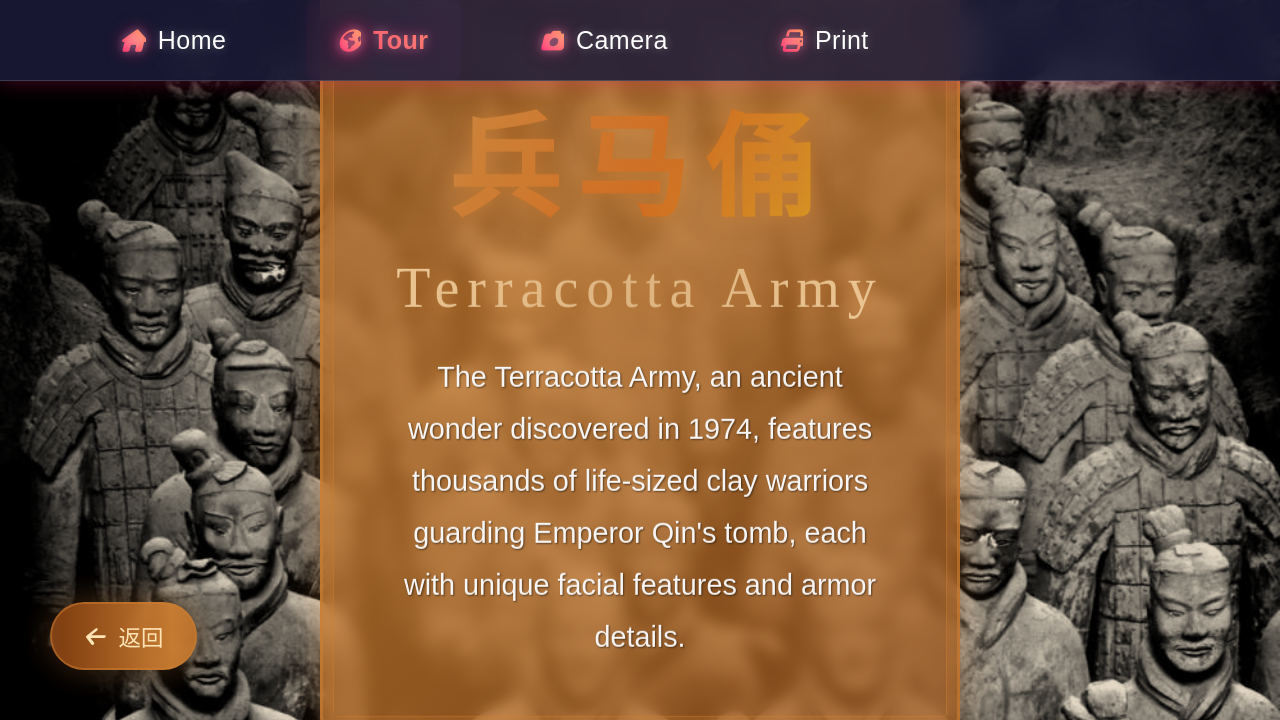
Repository: huang-heavenly-Emperor/NewYork
Page: terracotta-army.html
An editor plug-in stored every save of this project. The page is shown before and after the next save, followed by the edit.
The browser window is 1280 px wide. The pictures show the whole page.

Above is the page before, as saved 2025-02-18 15:41:21.

### terracotta-army.html
<!DOCTYPE html>
<html lang="en">

<head>
  <meta charset="UTF-8">
  <meta name="viewport" content="width=device-width, initial-scale=1.0">
  <title>Terracotta Army - China</title>
  <link rel="stylesheet" href="css/style.css">
  <link rel="stylesheet" href="css/terracotta-army.css">
  <link rel="stylesheet" href="css/animations.css">
  <link rel="stylesheet" href="lib/font-awesome.css">
</head>

<body>
  <!-- 开场动画 -->
  <div class="page-entrance">
    <div class="entrance-content">
      <h1 class="entrance-title">
        <span class="chinese">兵马俑</span>
        <span class="english">Terracotta Army</span>
      </h1>
      <div class="entrance-line"></div>
      <p class="entrance-subtitle">The Eighth Wonder of the World</p>
    </div>
  </div>

  <!-- 页面主要内容 -->
  <div class="content-delay">
    <nav class="main-nav">
      <ul class="nav-links">
        <li><a href="index.html"><i class="fas fa-home"></i>Home</a></li>
        <li class="dropdown">
          <a href="tour.html" class="active"><i class="fas fa-globe-americas"></i>Tour</a>
          <ul class="dropdown-menu">
            <li class="nested-dropdown">
              <a href="China.html" class="active">Asia</a>
              <ul class="nested-dropdown-menu">
                <li class="nested-dropdown">
                  <a href="china.html" class="active">China</a>
                  <ul class="nested-dropdown-menu">
                    <li><a href="great-wall.html"><span>Great Wall</span></a></li>
                    <li><a href="forbidden-city.html"><span>Forbidden City</span></a></li>
                    <li><a href="yellow-mountain.html"><span>Yellow Mountain</span></a></li>
                    <li><a href="terracotta-army.html" class="active"><span>Terracotta Army</span></a></li>
                  </ul>
                </li>
              </ul>
            </li>
          </ul>
        </li>
        <li><a href="camera.html"><i class="fas fa-camera"></i>Camera</a></li>
        <li><a href="print.html"><i class="fas fa-print"></i>Print</a></li>
      </ul>
    </nav>

    <div class="banner">
      <img src="images/terracotta-army.jpg" alt="Terracotta Army">
      <div class="banner-text">
        <h1>
          <span class="chinese">兵马俑</span>
          <span class="english">Terracotta Army</span>
        </h1>
        <p>
          The Terracotta Army, an ancient wonder discovered in 1974, features thousands of life-sized clay warriors guarding Emperor Qin's tomb, each with unique facial features and armor details.
        </p>
      </div>
    </div>

    <a href="china.html" class="back-button">
      <i class="fas fa-arrow-left"></i>
      <span>返回</span>
    </a>
  </div>
</body>
</html>

### css/terracotta-army.css
/* 基础样式 */
.banner {
    position: relative;
    width: 100%;
    height: 100vh;
    overflow: hidden;
}

.banner img {
    width: 100%;
    height: 100%;
    object-fit: cover;
    filter: brightness(0.8) sepia(0.3) saturate(1.2);
}

/* 主要内容区域 */
.banner-text {
    position: absolute;
    top: 50%;
    left: 50%;
    transform: translate(-50%, -50%);
    text-align: center;
    color: #fff;
    background: linear-gradient(
        135deg,
        rgba(92, 64, 51, 0.75) 0%,     /* 深褐色 */
        rgba(139, 69, 19, 0.75) 25%,    /* 马鞍棕色 */
        rgba(205, 127, 50, 0.75) 50%,   /* 古铜色 */
        rgba(139, 69, 19, 0.75) 75%,
        rgba(92, 64, 51, 0.75) 100%
    );
    background-size: 400% 400%;
    animation: gradientMove 8s ease infinite;
    padding: 4rem;
    border-radius: 12px;
    max-width: 1000px;
    border: 3px solid rgba(205, 127, 50, 0.6);
    box-shadow: 0 0 40px rgba(205, 127, 50, 0.2),
                0 0 80px rgba(92, 64, 51, 0.2);
    backdrop-filter: blur(8px);
}

.banner-text::before {
    content: '';
    position: absolute;
    top: 10px;
    left: 10px;
    right: 10px;
    bottom: 10px;
    border: 1px solid rgba(205, 127, 50, 0.5);
    border-radius: 4px;
    pointer-events: none;
    animation: borderGlow 3s ease-in-out infinite;
}

/* 标题样式 */
.banner-text h1 {
    margin-bottom: 1.5rem;
    position: relative;
}

.banner-text h1 .chinese {
    display: block;
    font-size: 7rem;
    margin-bottom: 1rem;
    font-family: "STKaiti", "楷体", serif;
    background: linear-gradient(
        120deg,
        #CD7F32 0%,        /* 古铜色 */
        #DAA520 20%,       /* 金黄色 */
        #CD853F 40%,       /* 秘鲁色 */
        #D2691E 60%,       /* 巧克力色 */
        #DAA520 80%,
        #CD7F32 100%
    );
    background-size: 200% auto;
    -webkit-background-clip: text;
    background-clip: text;
    -webkit-text-fill-color: transparent;
    animation: shine 6s linear infinite;
    text-shadow: 0 0 20px rgba(205, 127, 50, 0.6);
    letter-spacing: 16px;
    position: relative;
}

.banner-text h1 .chinese::after {
    content: attr(data-text);
    position: absolute;
    left: 0;
    top: 0;
    z-index: -1;
    background: linear-gradient(
        120deg,
        #CD7F32 0%,
        #DAA520 20%,
        #CD853F 40%,
        #D2691E 60%,
        #DAA520 80%,
        #CD7F32 100%
    );
    -webkit-background-clip: text;
    background-clip: text;
    -webkit-text-fill-color: transparent;
    filter: blur(10px);
    opacity: 0.6;
}

.banner-text h1 .english {
    display: block;
    font-size: 3.5rem;
    font-family: "Playfair Display", serif;
    background: linear-gradient(
        120deg,
        #DEB887 0%,      /* 实木色 */
        #FFE4B5 50%,     /* 鹿皮色 */
        #DEB887 100%
    );
    background-size: 200% auto;
    -webkit-background-clip: text;
    background-clip: text;
    -webkit-text-fill-color: transparent;
    animation: shine 8s linear infinite;
    letter-spacing: 8px;
    font-weight: 300;
    text-shadow: 0 0 15px rgba(205, 127, 50, 0.4);
    margin-bottom: 2rem;
}

.banner-text p {
    font-size: 1.8rem;
    line-height: 1.8;
    text-shadow: 1px 1px 2px rgba(0, 0, 0, 0.5);
    color: rgba(255, 255, 255, 0.95);
    max-width: 900px;
    margin: 0 auto;
}

/* 返回按钮 */
.back-button {
    position: fixed;
    bottom: 50px;
    left: 50px;
    display: flex;
    align-items: center;
    gap: 15px;
    color: #FFE4B5;
    text-decoration: none;
    background: linear-gradient(
        270deg,
        rgba(92, 64, 51, 0.95) 0%,
        rgba(139, 69, 19, 0.95) 25%,
        rgba(205, 127, 50, 0.95) 50%,
        rgba(139, 69, 19, 0.95) 75%,
        rgba(92, 64, 51, 0.95) 100%
    );
    background-size: 300% 100%;
    padding: 16px 32px;
    border-radius: 40px;
    font-size: 1.4rem;
    transition: all 0.3s ease;
    border: 2px solid rgba(205, 127, 50, 0.5);
    box-shadow: 0 4px 15px rgba(0, 0, 0, 0.3),
                0 0 30px rgba(205, 127, 50, 0.3),
                0 0 50px rgba(92, 64, 51, 0.2);
    backdrop-filter: blur(5px);
    z-index: 1000;
    animation: buttonGradient 6s linear infinite;
}

.back-button i {
    font-size: 1.4rem;
    transition: transform 0.3s ease;
}

.back-button:hover {
    background-size: 300% 100%;
    animation: buttonGradient 3s linear infinite;
    transform: translateX(-5px) scale(1.05);
    box-shadow: 0 6px 25px rgba(0, 0, 0, 0.4),
                0 0 40px rgba(205, 127, 50, 0.4),
                0 0 60px rgba(92, 64, 51, 0.3);
}

.back-button:hover i {
    transform: translateX(-3px);
}

/* 动画关键帧 */
@keyframes gradientMove {
    0% {
        background-position: 0% 50%;
    }
    50% {
        background-position: 100% 50%;
    }
    100% {
        background-position: 0% 50%;
    }
}

@keyframes shine {
    0% {
        background-position: 200% center;
    }
    100% {
        background-position: -200% center;
    }
}

@keyframes buttonGradient {
    0% {
        background-position: 0% 50%;
    }
    50% {
        background-position: 100% 50%;
    }
    100% {
        background-position: 0% 50%;
    }
}

@keyframes borderGlow {
    0%, 100% {
        box-shadow: 0 0 15px rgba(205, 127, 50, 0.3);
    }
    50% {
        box-shadow: 0 0 30px rgba(205, 127, 50, 0.5);
    }
}

/* 响应式设计 */
@media (max-width: 768px) {
    .banner-text {
        width: 90%;
        padding: 3rem;
    }

    .banner-text h1 .chinese {
        font-size: 5rem;
        letter-spacing: 12px;
    }

    .banner-text h1 .english {
        font-size: 2.8rem;
        letter-spacing: 6px;
    }

    .banner-text p {
        font-size: 1.4rem;
    }

    .back-button {
        bottom: 30px;
        left: 30px;
        padding: 14px 28px;
        font-size: 1.2rem;
    }
}

### css/animations.css
/* Opening animation */
@keyframes fadeInScale {
  0% {
    opacity: 0;
    transform: scale(0.9);
  }
  50% {
    opacity: 0.5;
    transform: scale(1.02);
  }
  100% {
    opacity: 1;
    transform: scale(1);
  }
}

@keyframes slideInFromBottom {
  0% {
    opacity: 0;
    transform: translate(-50%, 50px);
  }
  60% {
    opacity: 0.8;
    transform: translate(-50%, -5px);
  }
  80% {
    transform: translate(-50%, 2px);
  }
  100% {
    opacity: 1;
    transform: translate(-50%, 0);
  }
}

@keyframes slideInFromTop {
  0% {
    opacity: 0;
    transform: translateY(-30px);
  }
  100% {
    opacity: 1;
    transform: translateY(0);
  }
}

@keyframes fadeInRotate {
  0% {
    opacity: 0;
    transform: rotate(-10deg) scale(0.95);
  }
  100% {
    opacity: 1;
    transform: rotate(0) scale(1);
  }
}

/* Navigation bar animation */
.main-nav {
  animation: slideInFromTop 0.8s cubic-bezier(0.34, 1.56, 0.64, 1);
}

.nav-links li {
  opacity: 0;
  animation: fadeInRotate 0.6s cubic-bezier(0.34, 1.56, 0.64, 1) forwards;
}

.nav-links li:nth-child(1) { animation-delay: 0.2s; }
.nav-links li:nth-child(2) { animation-delay: 0.3s; }
.nav-links li:nth-child(3) { animation-delay: 0.4s; }
.nav-links li:nth-child(4) { animation-delay: 0.5s; }

/* Navigation link hover effect */
.nav-links a {
  transition: all 0.3s cubic-bezier(0.34, 1.56, 0.64, 1);
}

.nav-links a:hover {
  transform: translateY(-2px) scale(1.05);
  text-shadow: 0 2px 4px rgba(0, 0, 0, 0.2);
}

/* Rocket animation */
.rocketManSVG {
  opacity: 0;
  animation: fadeInScale 1s cubic-bezier(0.23, 1, 0.32, 1) 1s forwards;
}

/* Star animation */
.star {
  opacity: 0;
  animation: fadeInRotate 0.8s cubic-bezier(0.34, 1.56, 0.64, 1) forwards;
}

.starContainer .star:nth-child(odd) {
  animation-delay: 0.5s;
}

.starContainer .star:nth-child(even) {
  animation-delay: 0.7s;
}

/* Satellite animation */
.satellite {
  opacity: 0;
  animation: fadeInScale 1s cubic-bezier(0.23, 1, 0.32, 1) 1.2s forwards;
}

/* Title animation */
.demo--dancing-shadows__title {
  animation: fadeInScale 1.8s cubic-bezier(0.23, 1, 0.32, 1);
}

.text-wrapper {
  animation: fadeInScale 2s cubic-bezier(0.23, 1, 0.32, 1) 0.2s backwards;
}

/* CTA button animation */
.cta-wrapper {
  position: fixed;
  bottom: 50px;
  left: 50%;
  transform: translateX(-50%);
  z-index: 1000;
  animation: slideInFromBottom 1.2s cubic-bezier(0.34, 1.56, 0.64, 1) 1.5s backwards;
  opacity: 1;
}

.cta-button {
  transition: all 0.5s cubic-bezier(0.34, 1.56, 0.64, 1);
  will-change: transform;
  position: relative;
  z-index: 1000;
  opacity: 1;
}

.cta-button:hover {
  transform: translateY(-6px) scale(1.03);
  box-shadow: 0 12px 35px rgba(255, 107, 107, 0.4);
  background: linear-gradient(135deg,
    rgba(255, 127, 127, 0.98),
    rgba(255, 127, 167, 0.98)
  );
  letter-spacing: 1px;
}

.cta-button:active {
  transform: translateY(-2px) scale(0.98);
  box-shadow: 0 6px 20px rgba(255, 107, 107, 0.4);
  transition: all 0.2s cubic-bezier(0.34, 1.56, 0.64, 1);
}

/* Text hover effect */
.text-item {
  transition: all 0.4s cubic-bezier(0.34, 1.56, 0.64, 1);
  will-change: transform;
}

.text-item:hover {
  transform: translateY(-4px) scale(1.08);
  text-shadow: 0 0.15rem black,
               0 0.25rem black,
               0 0.35rem black,
               0 0.45rem black,
               0 0.65rem black,
               0 0.75rem rgba(255, 255, 255, 0.8),
               0 0.85rem rgba(255, 255, 255, 0.6);
}

/* Background animation effect */
.demo--dancing-shadows__title:before {
  transition: all 0.8s cubic-bezier(0.23, 1, 0.32, 1);
}

.demo--dancing-shadows__title:hover:before {
  filter: hue-rotate(25deg) brightness(1.15);
}

/* 页面开场动画 */
.page-entrance {
    position: fixed;
    top: 0;
    left: 0;
    width: 100%;
    height: 100%;
    background: #000;
    z-index: 9999;
    display: flex;
    justify-content: center;
    align-items: center;
    animation: fadeOut 0.5s ease forwards 2.5s;
}

.entrance-content {
    text-align: center;
    opacity: 0;
    animation: contentFadeIn 0.8s ease forwards 0.5s;
}

.entrance-title {
    font-size: 4rem;
    color: transparent;
    position: relative;
    margin-bottom: 1rem;
}

.entrance-title .chinese {
    display: block;
    font-family: "STKaiti", "楷体", serif;
    font-size: 5rem;
    background: linear-gradient(120deg, #FFD700, #FFA500);
    -webkit-background-clip: text;
    background-clip: text;
    opacity: 0;
    transform: translateY(20px);
    animation: titleReveal 0.8s ease forwards 0.8s;
}

.entrance-title .english {
    display: block;
    font-family: "Playfair Display", serif;
    font-size: 2.5rem;
    color: #fff;
    opacity: 0;
    transform: translateY(20px);
    animation: titleReveal 0.8s ease forwards 1.2s;
}

.entrance-line {
    width: 0;
    height: 2px;
    background: linear-gradient(90deg,
        transparent,
        #FFD700,
        #FFA500,
        #FFD700,
        transparent
    );
    margin: 20px auto;
    animation: lineGrow 0.6s ease forwards 1.6s;
}

.entrance-subtitle {
    font-size: 1.2rem;
    color: rgba(255, 255, 255, 0.8);
    opacity: 0;
    transform: translateY(20px);
    animation: titleReveal 0.8s ease forwards 1.8s;
}

/* 开场动画关键帧 */
@keyframes fadeOut {
    to {
        opacity: 0;
        visibility: hidden;
    }
}

@keyframes contentFadeIn {
    from {
        opacity: 0;
        transform: translateY(30px);
    }
    to {
        opacity: 1;
        transform: translateY(0);
    }
}

@keyframes titleReveal {
    from {
        opacity: 0;
        transform: translateY(20px);
    }
    to {
        opacity: 1;
        transform: translateY(0);
    }
}

@keyframes lineGrow {
    from {
        width: 0;
    }
    to {
        width: 300px;
    }
}

/* 页面内容延迟显示 */
.content-delay {
    opacity: 0;
    animation: contentAppear 1s ease forwards 3s;
}

@keyframes contentAppear {
    to {
        opacity: 1;
    }
}

### lib/font-awesome.css
@font-face {
    font-family: 'Font Awesome 6 Free';
    font-style: normal;
    font-weight: 900;
    src: url('webfonts/fa-solid-900.woff2') format('woff2');
}

.fas {
    font-family: 'Font Awesome 6 Free';
    font-weight: 900;
}

.fa-home:before {
    content: "\f015";
}

.fa-globe-americas:before {
    content: "\f57d";
}

.fa-torii-gate:before {
    content: "\f6a1";
}

.fa-sun:before {
    content: "\f185";
}

.fa-landmark:before {
    content: "\f66f";
}

.fa-flag-usa:before {
    content: "\f74d";
}

.fa-star:before {
    content: "\f005";
}

.fa-chart-line:before {
    content: "\f201";
}

.fa-city:before {
    content: "\f64f";
}

.fa-tree:before {
    content: "\f1bb";
}

.fa-theater-masks:before {
    content: "\f630";
}

.fa-ellipsis-h:before {
    content: "\f141";
}

.fa-camera:before {
    content: "\f030";
}

.fa-print:before {
    content: "\f02f";
}

.fa-arrow-left:before {
    content: "\f060";
}

Loaded but not shown: css/style.css (502 lines, source omitted)

After the next save:
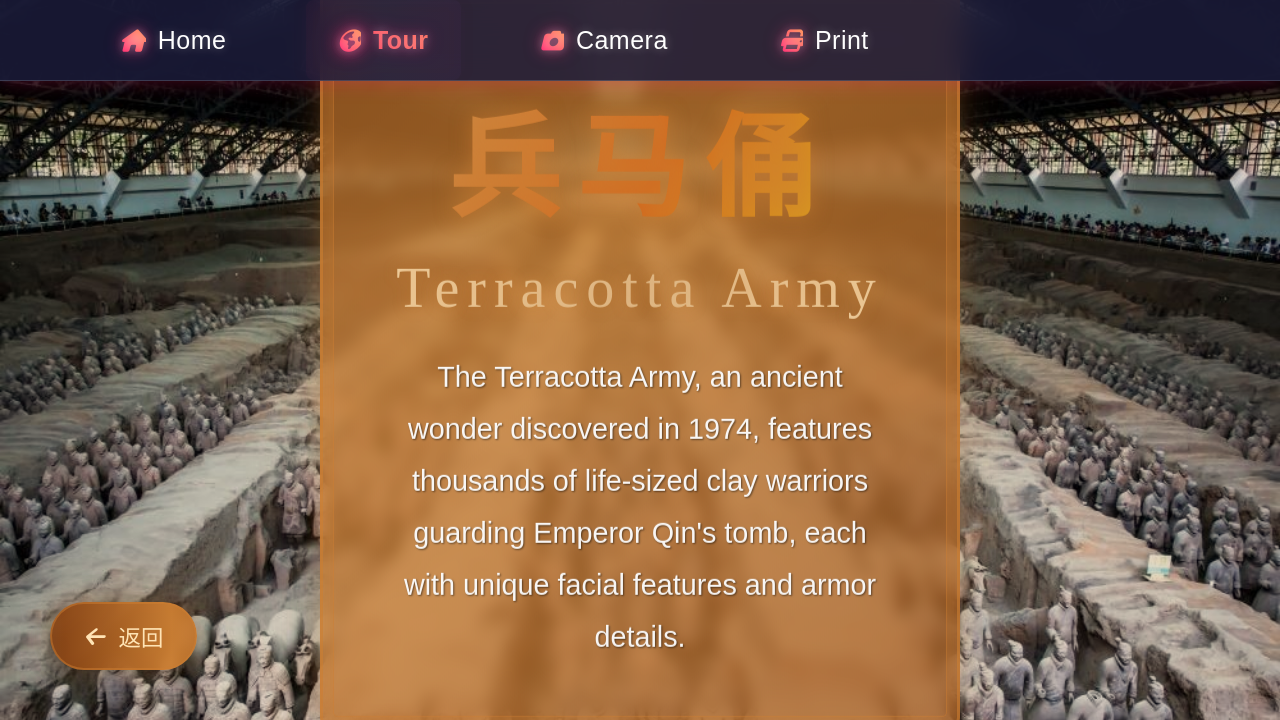
Saved 7 min 33 s later.
--- a/terracotta-army.html
+++ b/terracotta-army.html
@@ -54,7 +54,7 @@
     </nav>
 
     <div class="banner">
-      <img src="images/terracotta-army.jpg" alt="Terracotta Army">
+      <img src="images/terracotta-army2.jpg" alt="Terracotta Army">
       <div class="banner-text">
         <h1>
           <span class="chinese">兵马俑</span>
